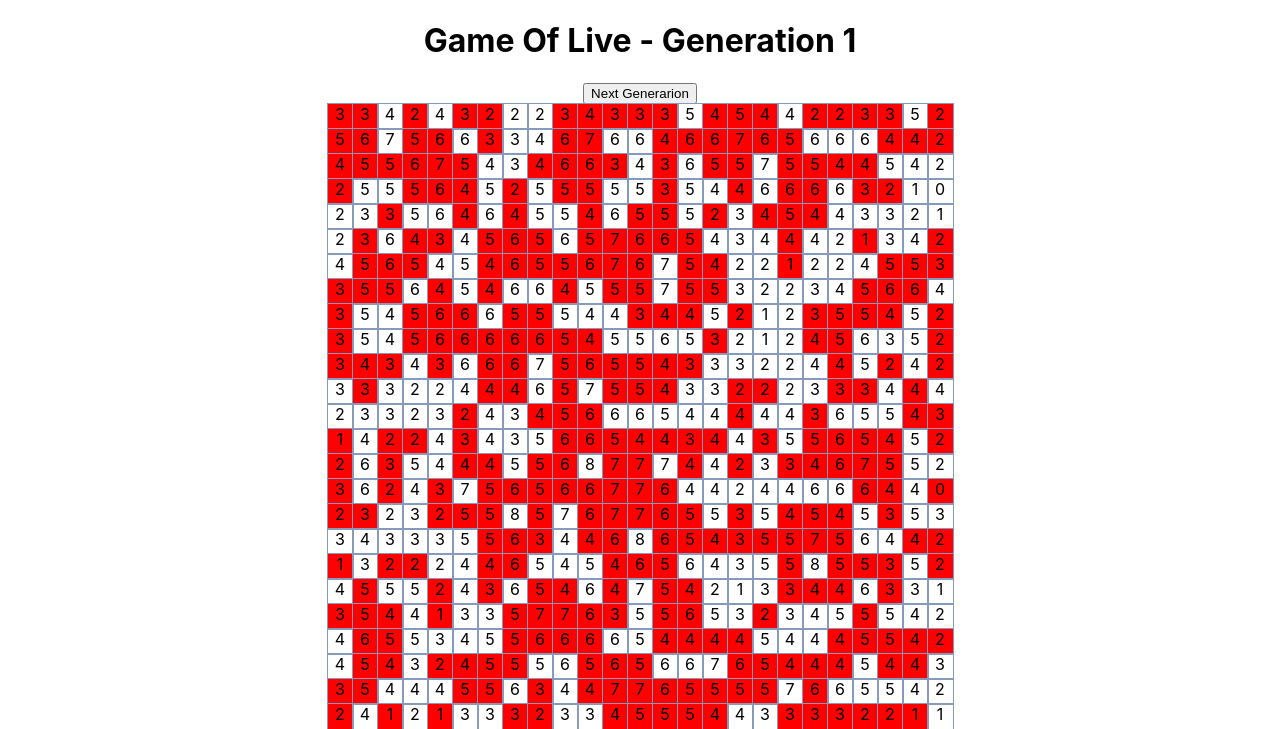
Repository: cfaguilera20/gol
Page: /
The author's editor kept a copy of each file at every save. The page is drawn from the files as they stood at one save, then again after the next save.
The browser window is 1280 px wide. The pictures show the whole page.
The project was rebuilt for these pictures with package versions that can differ from the ones it lists, and the page was loaded fresh each time.

Above is the page before, as saved 2021-07-25 12:32:01.

After the next save:
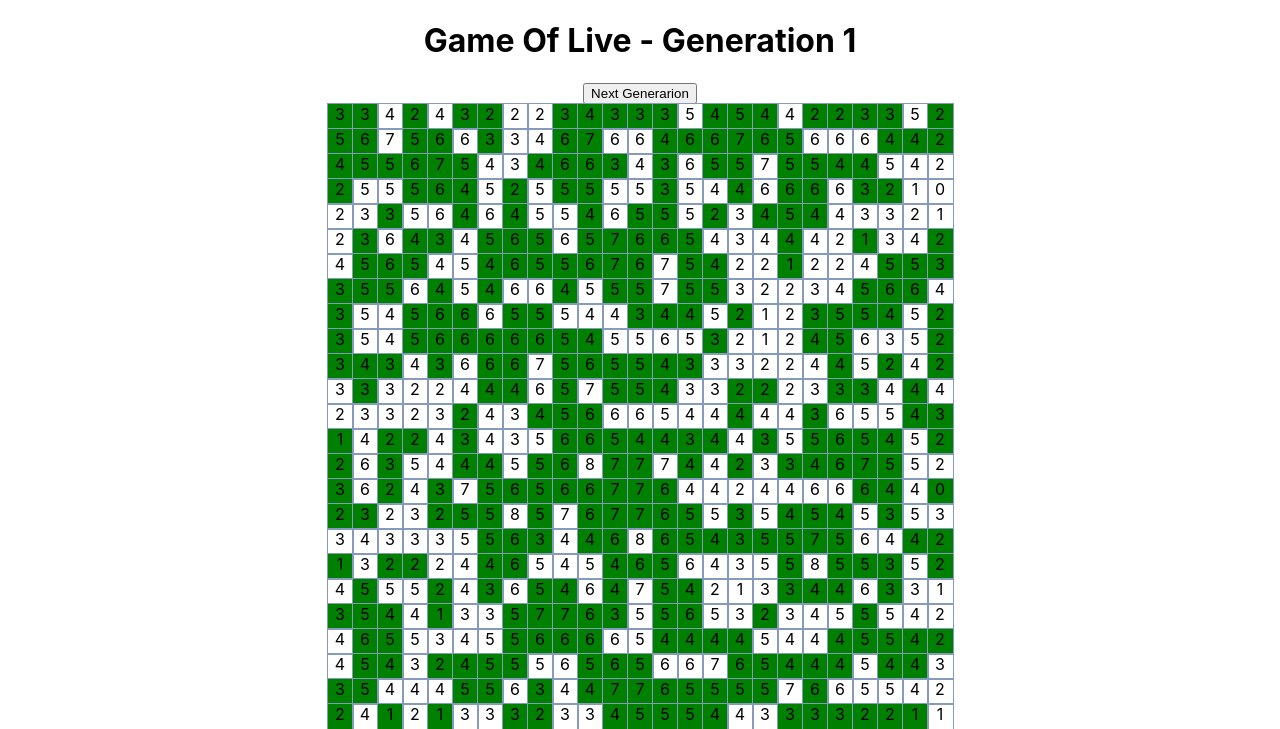
Saved 34 s later.
--- a/src/components/Board.jsx
+++ b/src/components/Board.jsx
@@ -60,7 +60,7 @@ class Cell {
     }
 
     getColor() {
-        return this.isAlive ? 'cell' : 'cell cell-red';
+        return this.isAlive ? 'cell' : 'cell cell-green';
     }
 
     nextGeneration() {
